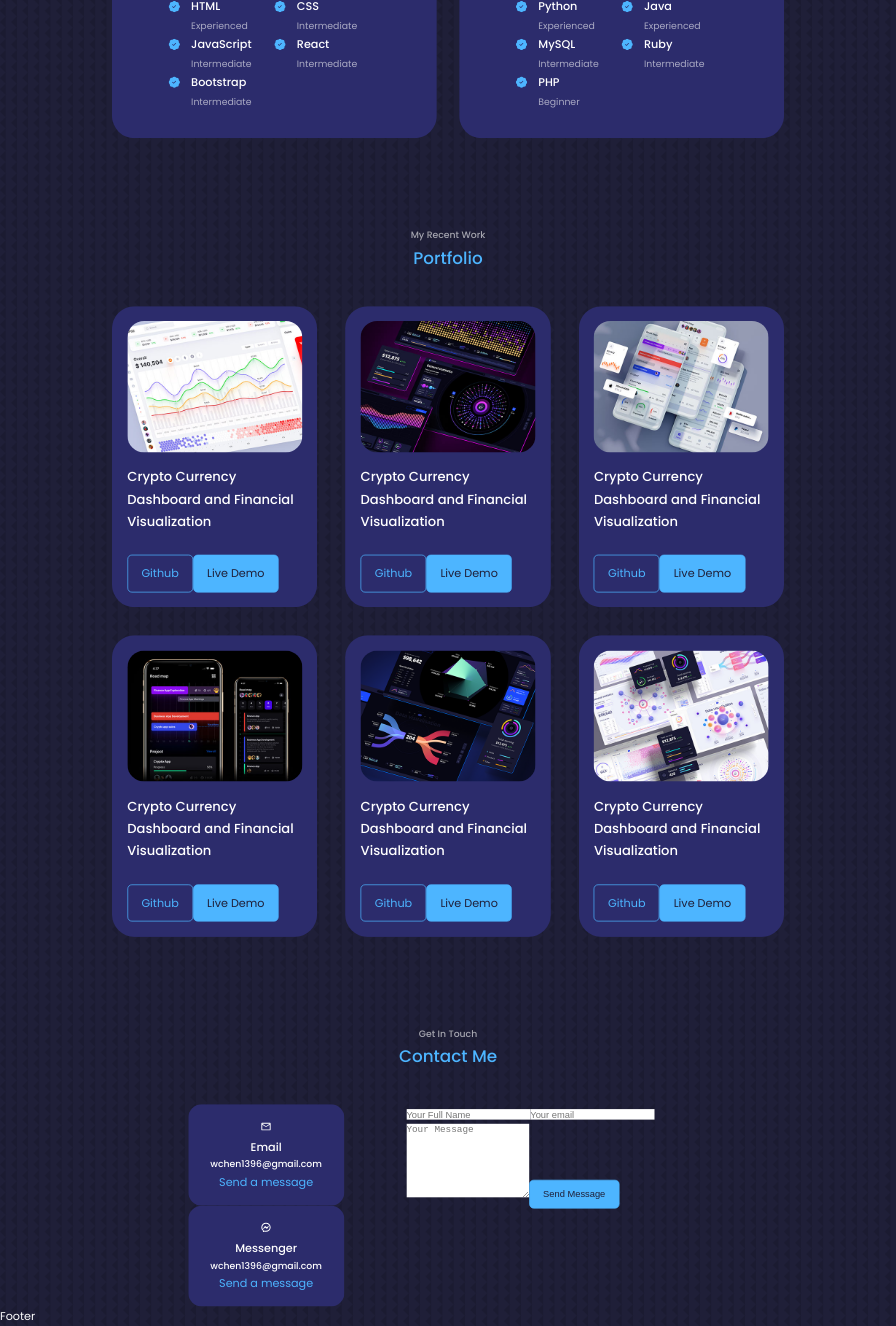
Repository: smallchungus/resumeWebsite
Page: / (app in hello/)
The author's editor kept a copy of each file at every save. The page is drawn from the files as they stood at one save, then again after the next save.
The browser window is 1280 px wide. The pictures show the part of the page from y = 2009 to 3929 px (the page is 3903 px tall before and 3929 px after), at 70% of full size.
The project was rebuilt for these pictures with package versions that can differ from the ones it lists, and the page was loaded fresh each time. Also part of the build but not shown: hello/src/components/services/Services.jsx, hello/src/components/testimonial/Testimonial.jsx, hello/src/components/footer/footer.css. Imported but missing from the stored project, and not drawn on this page: hello/src/assets/cv.pdf.

Above is the page before, as saved 2023-03-24 13:24:49.

After the next save:
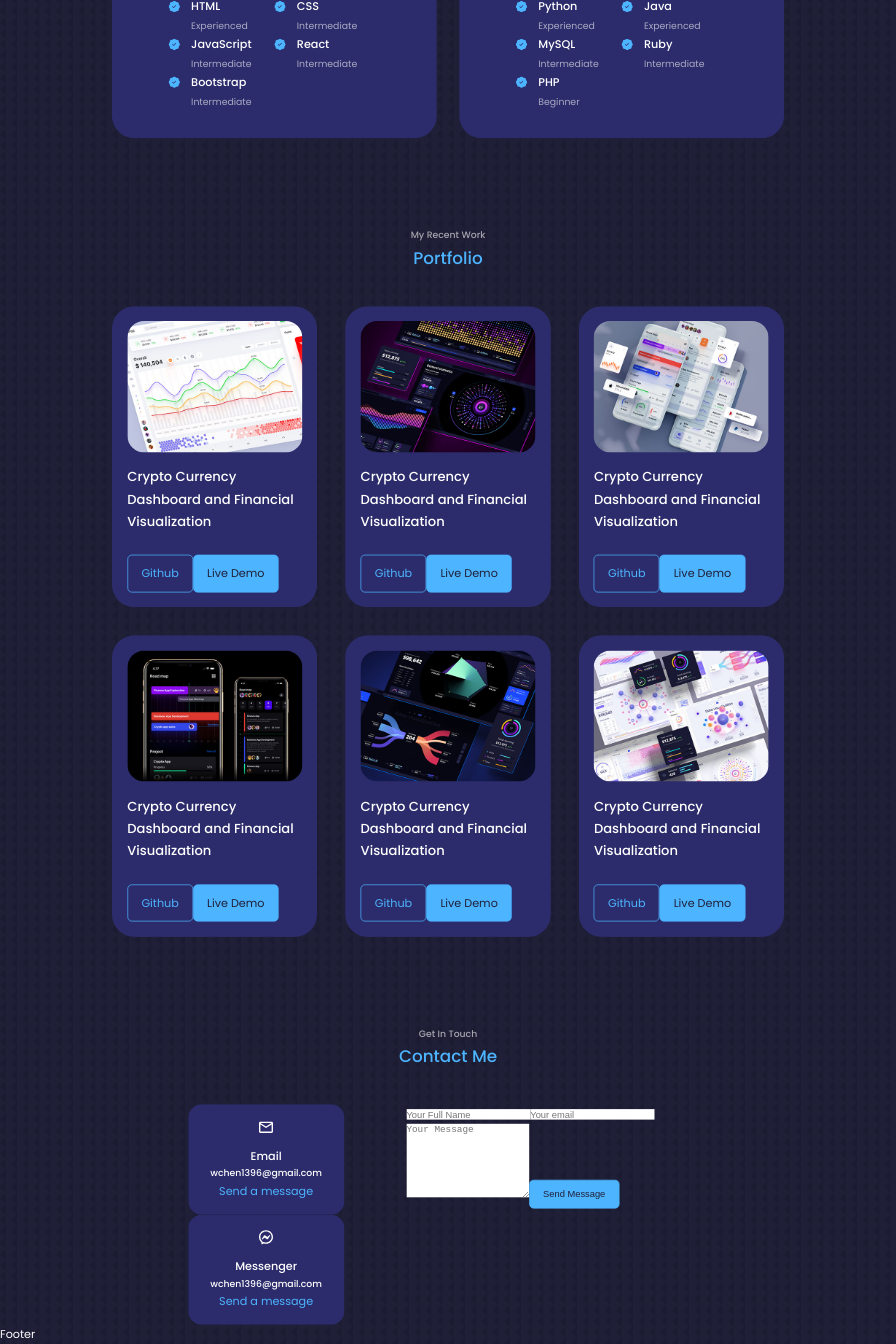
Saved 5 s later.
--- a/hello/src/components/contact/contact.css
+++ b/hello/src/components/contact/contact.css
@@ -26,5 +26,6 @@
 }
 
 .contact_option-icon{
-    font-size:1.5
+    font-size:1.5rem;
+    margin-bottom: 0.5rem;
 }
